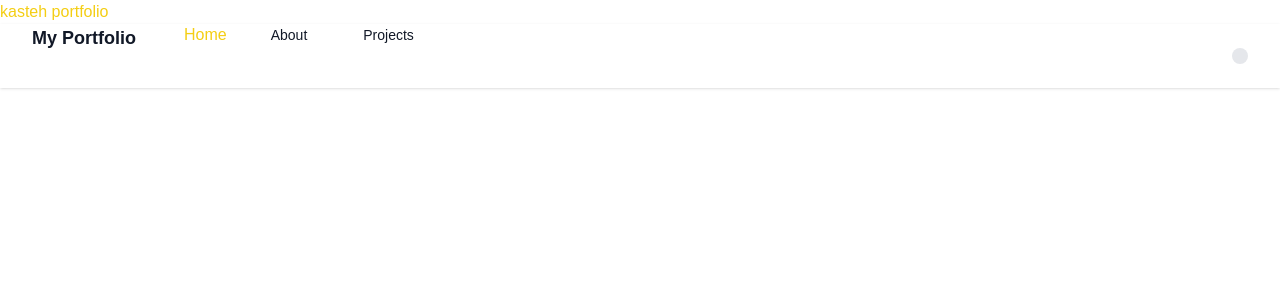
Repository: Deyvid-Kasteh/meu_portfolio_em_next
Page: /
The author's editor kept a copy of each file at every save. The page is drawn from the files as they stood at one save, then again after a run of saves.
The browser window is 1280 px wide. The pictures show the whole page.
The project was rebuilt for these pictures with package versions that can differ from the ones it lists, and the page was loaded fresh each time. The framework's server and built-in components were replaced by stand-ins that run in the browser. Also part of the build but not shown: next.config.ts.

Above is the page before, as saved 2024-12-08 23:15:41.

### src/app/layout.tsx
import type { Metadata } from "next";
import localFont from "next/font/local";
import "./globals.css";

const geistSans = localFont({
  src: "./fonts/GeistVF.woff",
  variable: "--font-geist-sans",
  weight: "100 900",
});
const geistMono = localFont({
  src: "./fonts/GeistMonoVF.woff",
  variable: "--font-geist-mono",
  weight: "100 900",
});

export const metadata: Metadata = {
  title: "Kasteh",
  description: "Fullstack/Mobile developer",
};

export default function RootLayout({
  children,
}: Readonly<{
  children: React.ReactNode;
}>) {
  return (
    <html lang="en">
      <body
        // className={`${geistSans.variable} ${geistMono.variable} antialiased`}
      >
        {children}
      </body>
    </html>
  );
}

### src/app/page.tsx
import Navbar from "./components/Navbar";

export default function Home() {
  return (
    <div>
      <h1>kasteh portfolio</h1>
      <Navbar />
    </div>
  );
}

### src/app/components/Navbar.tsx
"use client";
import Link from "next/link";
import { useState } from "react";
// import { useTheme } from '../contexts/ThemeContext';

const Navbar: React.FC = () => {
  const [isOpen, setIsOpen] = useState(false);
  //   const { theme, toggleTheme } = useTheme();

  return (
    <nav className="bg-white dark:bg-gray-900 shadow">
      <div className="max-w-7xl mx-auto px-4 sm:px-6 lg:px-8">
        <div className="flex justify-between h-16">
          <div className="flex">
            <Link
              href="/"
              className="text-gray-900 dark:text-white font-bold text-lg"
            >
              My Portfolio
            </Link>
            <div className="hidden sm:-my-px sm:ml-6 sm:flex sm:space-x-8">
              <Link href="/">
                <a className="text-gray-900 dark:text-white hover:text-gray-500 dark:hover:text-gray-300 px-3 py-2 rounded-md text-sm font-medium">
                </a>
                  Home
              </Link>
              <Link href="/about">
                <a className="text-gray-900 dark:text-white hover:text-gray-500 dark:hover:text-gray-300 px-3 py-2 rounded-md text-sm font-medium">
                  About
                </a>
              </Link>
              <Link href="/projects">
                <a className="text-gray-900 dark:text-white hover:text-gray-500 dark:hover:text-gray-300 px-3 py-2 rounded-md text-sm font-medium">
                  Projects
                </a>
              </Link>
            </div>
          </div>
          <div className="flex items-center">
            {/* Theme Toggle Button */}
            <button
              //   onClick={toggleTheme}
              className="p-2 rounded-full bg-gray-200 dark:bg-gray-800 hover:bg-gray-300 dark:hover:bg-gray-700 text-gray-900 dark:text-white"
            >
              {/* {theme === 'dark' ? '☀️' : '🌙'} */}
            </button>
            {/* Mobile Menu Toggle */}
            <button
              onClick={() => setIsOpen(!isOpen)}
              className="sm:hidden ml-2 p-2 rounded-md focus:outline-none focus:ring-2 focus:ring-inset focus:ring-gray-300 dark:focus:ring-gray-600"
            >
              <span className="sr-only">Open menu</span>
              {isOpen ? "✖️" : "☰"}
            </button>
          </div>
        </div>
      </div>

      {/* Mobile Menu */}
      {isOpen && (
        <div className="sm:hidden">
          <div className="px-2 pt-2 pb-3 space-y-1">
            <Link href="/">
              <a className="block text-gray-900 dark:text-white hover:bg-gray-100 dark:hover:bg-gray-800 px-3 py-2 rounded-md text-base font-medium">
                Home
              </a>
            </Link>
            <Link href="/about">
              <a className="block text-gray-900 dark:text-white hover:bg-gray-100 dark:hover:bg-gray-800 px-3 py-2 rounded-md text-base font-medium">
                About
              </a>
            </Link>
            <Link href="/projects">
              <a className="block text-gray-900 dark:text-white hover:bg-gray-100 dark:hover:bg-gray-800 px-3 py-2 rounded-md text-base font-medium">
                Projects
              </a>
            </Link>
          </div>
        </div>
      )}
    </nav>
  );
};

export default Navbar;

Loaded but not shown: src/app/globals.css (common file); tailwind.config.ts (common file)

After the next 5 saves:
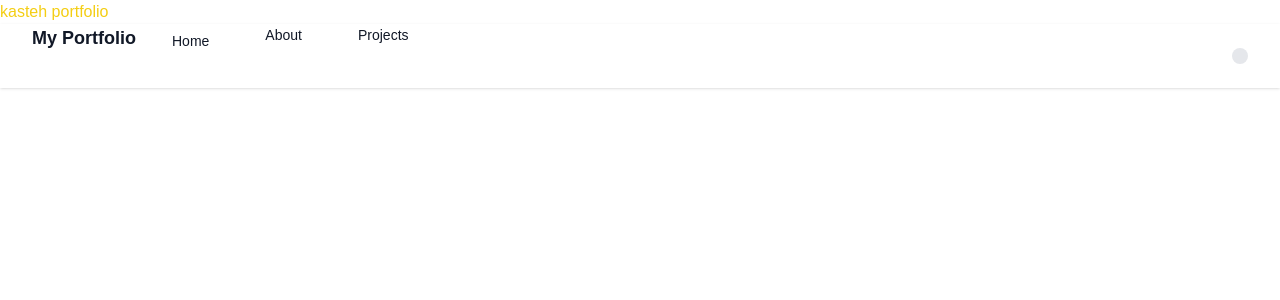
The 5 saves are shown as one change because 1 did not build or start and some came seconds apart.
The last was saved 16 s later.
--- a/src/app/components/Navbar.tsx
+++ b/src/app/components/Navbar.tsx
@@ -19,10 +19,11 @@ const Navbar: React.FC = () => {
               My Portfolio
             </Link>
             <div className="hidden sm:-my-px sm:ml-6 sm:flex sm:space-x-8">
-              <Link href="/">
-                <a className="text-gray-900 dark:text-white hover:text-gray-500 dark:hover:text-gray-300 px-3 py-2 rounded-md text-sm font-medium">
-                </a>
-                  Home
+              <Link
+                href="/"
+                className="text-gray-900 dark:text-white hover:text-gray-500 dark:hover:text-gray-300 px-3 py-2 rounded-md text-sm font-medium"
+              >
+                Home
               </Link>
               <Link href="/about">
                 <a className="text-gray-900 dark:text-white hover:text-gray-500 dark:hover:text-gray-300 px-3 py-2 rounded-md text-sm font-medium">
